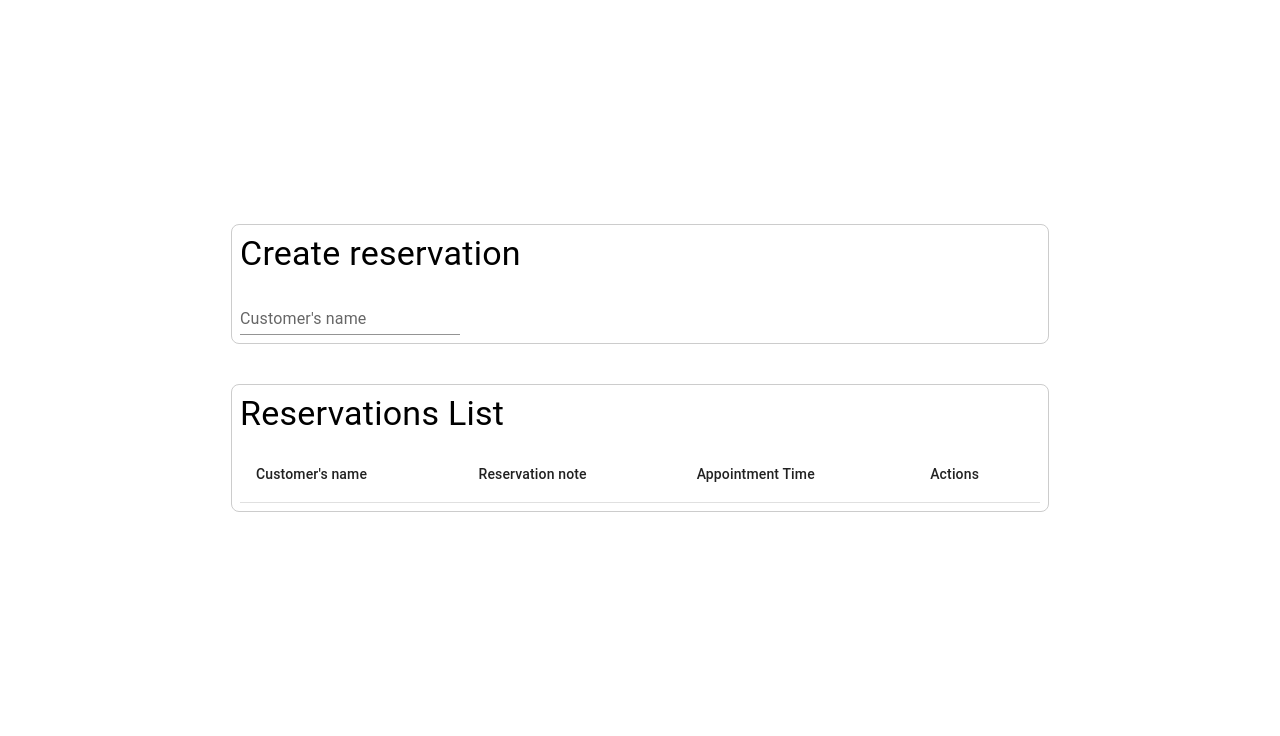
Repository: dovix58/PSP
Page: /beauty (app in frontEnd/)
The author's editor kept a copy of each file at every save. The page is drawn from the files as they stood at one save, then again after the next save.
The browser window is 1280 px wide. The pictures show the whole page.
The page's requests for data from a server got no answer. The project was rebuilt for these pictures with package versions that can differ from the ones it lists, and the page was loaded fresh each time. No one was signed in, and anything a server would have sent is missing. Also part of the build but not shown: frontEnd/vite.config.ts, frontEnd/src/LandingPage.tsx, frontEnd/src/api/productAPI.ts, frontEnd/src/CreateOrder.tsx, frontEnd/src/api/OrderApi.ts, frontEnd/src/PaymentModal.tsx, frontEnd/src/OrderList.tsx, frontEnd/src/Styles.ts and 3 more.

Above is the page before, as saved 2024-12-19 13:33:17.

### frontEnd/src/main.tsx
import React from 'react';
import ReactDOM from 'react-dom/client';
import {createBrowserRouter, RouterProvider} from "react-router-dom";
import LandingPage from "./LandingPage";
import CateringPage from "./CatringPage";
import BeautyPage from "./BeautyPage";

const router = createBrowserRouter([
    {
        path: '/',
        element: <LandingPage />
    },
    {
        path: '/catering',
        element: <CateringPage />
    },
    {
        path: "/beauty",
        element: <BeautyPage/>
    }
]);
ReactDOM.createRoot(
    document.getElementById('root') as HTMLElement
).render(
    <React.StrictMode>
        <RouterProvider router={router} />
    </React.StrictMode>
);

### frontEnd/src/BeautyPage.tsx
import React from "react";
import { Box } from "@mui/material";
import ReservationList from "./ReservationList";
import CreateReservation from "./CreateReservation";

export default function BeautyPage() {
  return (
    <Box
      component="div"
      sx={{
        display: "flex",
        flexDirection: "column",
        alignItems: "center",
        justifyContent: "center",
        height: "100vh",
        gap: 3,
      }}
    >
      <CreateReservation />
      <ReservationList />
    </Box>
  );
}

### frontEnd/src/ReservationList.tsx
import React, { useEffect, useState } from "react";
import { format } from "date-fns";
import {
  Box,
  Typography,
  CircularProgress,
  Table,
  TableContainer,
  TableHead,
  TableRow,
  TableCell,
  TableBody,
  Button,
} from "@mui/material";

interface Reservation {
  id: string; // UUID
  businessId: string; // UUID
  userId: string; // UUID
  customer: string;
  note: string;
  createdAt: string; // ISO 8601 DateTime format
  updatedAt: string; // ISO 8601 DateTime format
  appointmentTime: string; // ISO 8601 DateTime format
}

type ReservationsResponse = Reservation[];

export default function ReservationList() {
  const [reservations, setReservations] = useState<null | ReservationsResponse>(
    null
  );
  const [isLoading, setIsLoading] = useState(false);

  //Handler for a delete button
  const onDeleteHandler = async (id: string) => {
    try {
      const success = await deleteReservations(id);
      if (success) {
        await getReservations(); // Fetch updated reservations only on success
      }
    } catch (error) {
      console.error("Error during deletion:", error);
    }
  };

  const deleteReservations = async (id: string): Promise<boolean> => {
    try {
      const response = await fetch(`api/v1/reservations/${id}`, {
        method: "DELETE",
      });
      if (response.status === 204) {
        console.log("Reservation deleted successfully.");
        return true;
      } else {
        console.error("Failed to delete the reservation.");
        return false;
      }
    } catch (error) {
      console.error("Error during deletion:", error);
      return false;
    }
  };

  const getReservations = async () => {
    setIsLoading(true);
    try {
      const res = await fetch("api/v1/reservations");
      const resData = await res.json();
      console.log(resData);
      setReservations(resData);
      setIsLoading(false);
    } catch (e) {
      setIsLoading(false);
      console.error("Error fetching reservations:", e);
    }
  };

  useEffect(() => {
    getReservations();
  }, []);
  return (
    <Box
      sx={{
        border: "1px solid #ccc",
        borderRadius: "8px",
        padding: "8px",
        margin: "8px 0",
        maxHeight: 400,
        width: 800,
        overflowY: "auto",
      }}
    >
      <Typography variant="h4" gutterBottom>
        Reservations List
      </Typography>{" "}
      {isLoading ? (
        <CircularProgress />
      ) : reservations != null && reservations.length === 0 ? (
        <Typography variant="h6">No reservations are made...</Typography>
      ) : (
        <TableContainer>
          <Table>
            <TableHead>
              <TableRow>
                <TableCell align="left">Customer's name</TableCell>
                <TableCell align="left">Reservation note</TableCell>
                <TableCell align="left">Appointment Time</TableCell>
                <TableCell align="left">Actions</TableCell>
              </TableRow>
            </TableHead>
            <TableBody>
              {reservations?.map((r, index) => (
                <TableRow key={r.id}>
                  <TableCell align="left">{r.customer}</TableCell>
                  <TableCell align="left">{r.note}</TableCell>
                  <TableCell align="left">
                    {format(new Date(r.appointmentTime), "MMMM d, yyyy hh:mm ")}
                  </TableCell>
                  <TableCell align="left">
                    <Button
                      variant="outlined"
                      color="error"
                      onClick={() => onDeleteHandler(r.id)}
                    >
                      Delete
                    </Button>
                  </TableCell>
                </TableRow>
              ))}
            </TableBody>
          </Table>
        </TableContainer>
      )}
    </Box>
  );
}

### frontEnd/src/CreateReservation.tsx
import React from "react";
import { Box, Typography, TextField } from "@mui/material";

export default function CreateReservation() {
  return (
    <Box
      sx={{
        border: "1px solid #ccc",
        borderRadius: "8px",
        padding: "8px",
        margin: "8px 0",
        maxHeight: 400,
        width: 800,
        overflowY: "auto",
      }}
    >
      <Typography variant="h4" gutterBottom>
        Create reservation
      </Typography>
      <form>
        <TextField
          id="standard-basic"
          label="Customer's name"
          variant="standard"
        />
      </form>
    </Box>
  );
}

Loaded but not shown: frontEnd/index.html (common file)

After the next save:
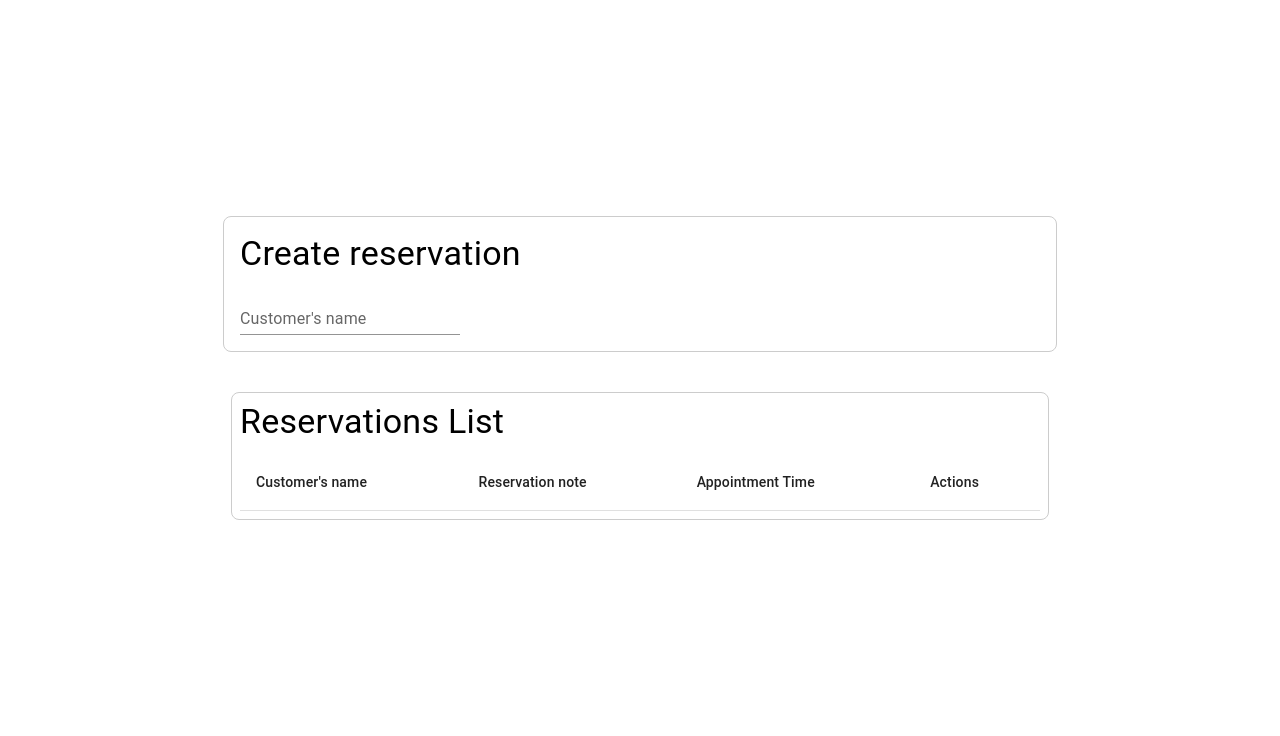
Saved 14 s later.
--- a/frontEnd/src/CreateReservation.tsx
+++ b/frontEnd/src/CreateReservation.tsx
@@ -12,6 +12,7 @@ export default function CreateReservation() {
         maxHeight: 400,
         width: 800,
         overflowY: "auto",
+        p: 2,
       }}
     >
       <Typography variant="h4" gutterBottom>
